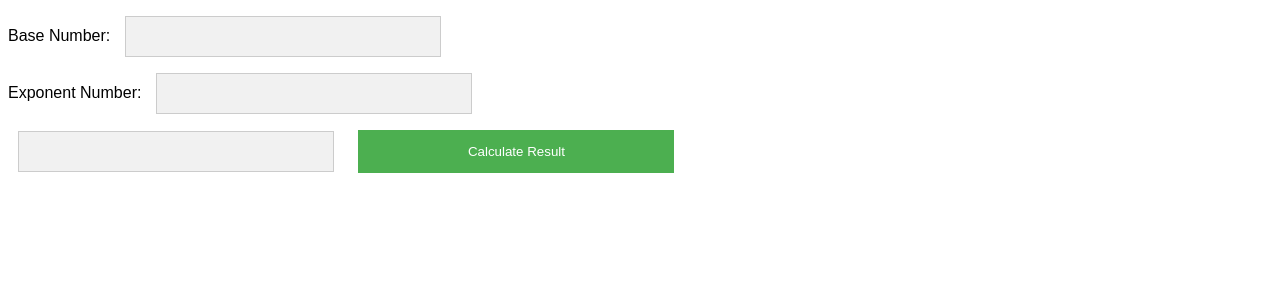
Repository: DeepaliKalagate/PowerCalculatorAPI
Page: PowerFunctionCalculator/src/main/resources/PowerFunction.html
These files come from the project's save history. The page is drawn as it stood at one moment and after the next save; the edit follows.
The browser window is 1280 px wide. The pictures show the whole page.

Above is the page before, as saved 2020-02-09 06:07:21.

After the next save:
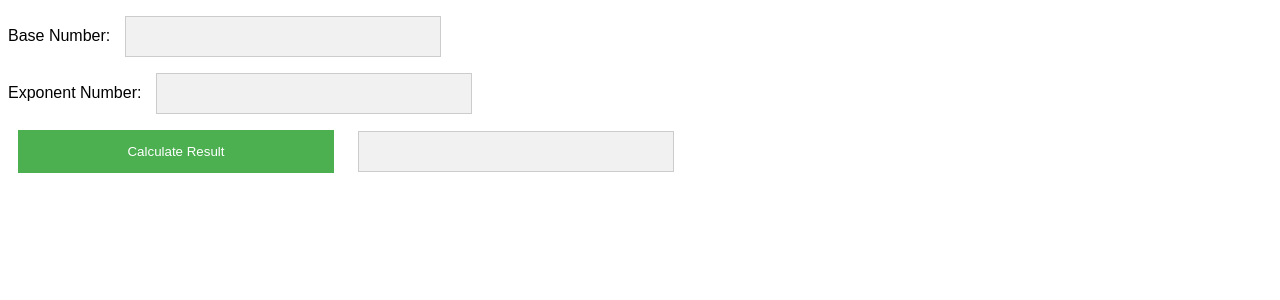
Saved 34 s later.
--- a/PowerFunctionCalculator/src/main/resources/PowerFunction.html
+++ b/PowerFunctionCalculator/src/main/resources/PowerFunction.html
@@ -43,9 +43,10 @@ input:hover {
 Base Number:      <input type="text" id="baseNumber" name="base"><br>
 
 Exponent Number:  <input type="text" id="exponentNumber" name="exponent"><br>
-<input type="text" id="result" name="result">
 
 <input type="submit" id="submit" value="Calculate Result">
+
+<input type="text" id="result" name="result">
 
 
 <script>
